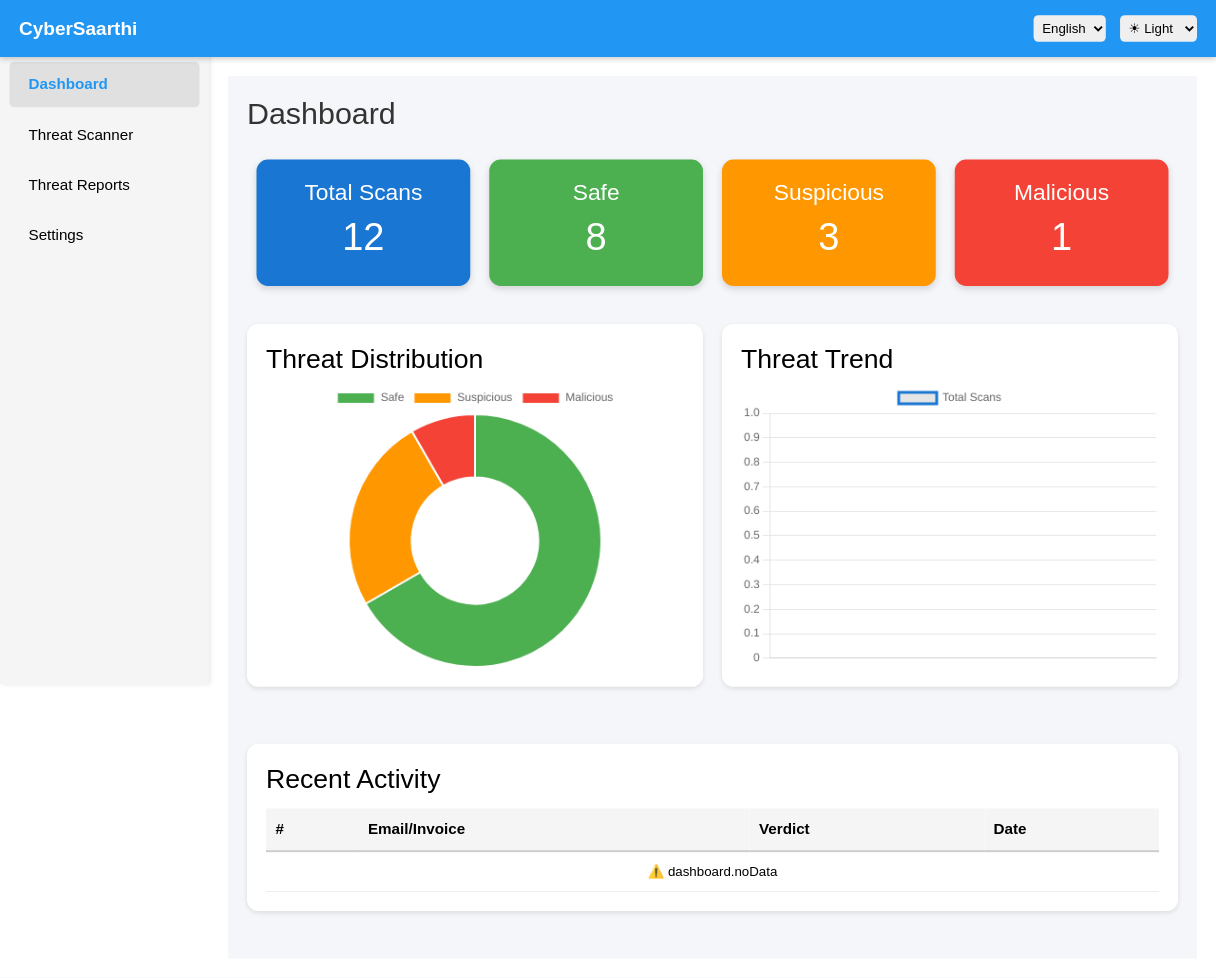
Repository: riyaaaa19/CyberSaarthi
Page: /dashboard (app in frontend/)
An editor plug-in stored every save of this project. The page is shown before and after the next save, followed by the edit.
The browser window is 1280 px wide. The pictures show the whole page, at 95% of full size.
The page's requests for data from a server got no answer. The project was rebuilt for these pictures with package versions that can differ from the ones it lists, and the page was loaded fresh each time. No one was signed in, and anything a server would have sent is missing. Also part of the build but not shown: frontend/vite.config.ts, frontend/src/pages/Scanner.js, frontend/src/pages/Reports.js, frontend/src/pages/Settings.js.

Above is the page before, as saved 2025-09-02 22:40:35.

After the next save:
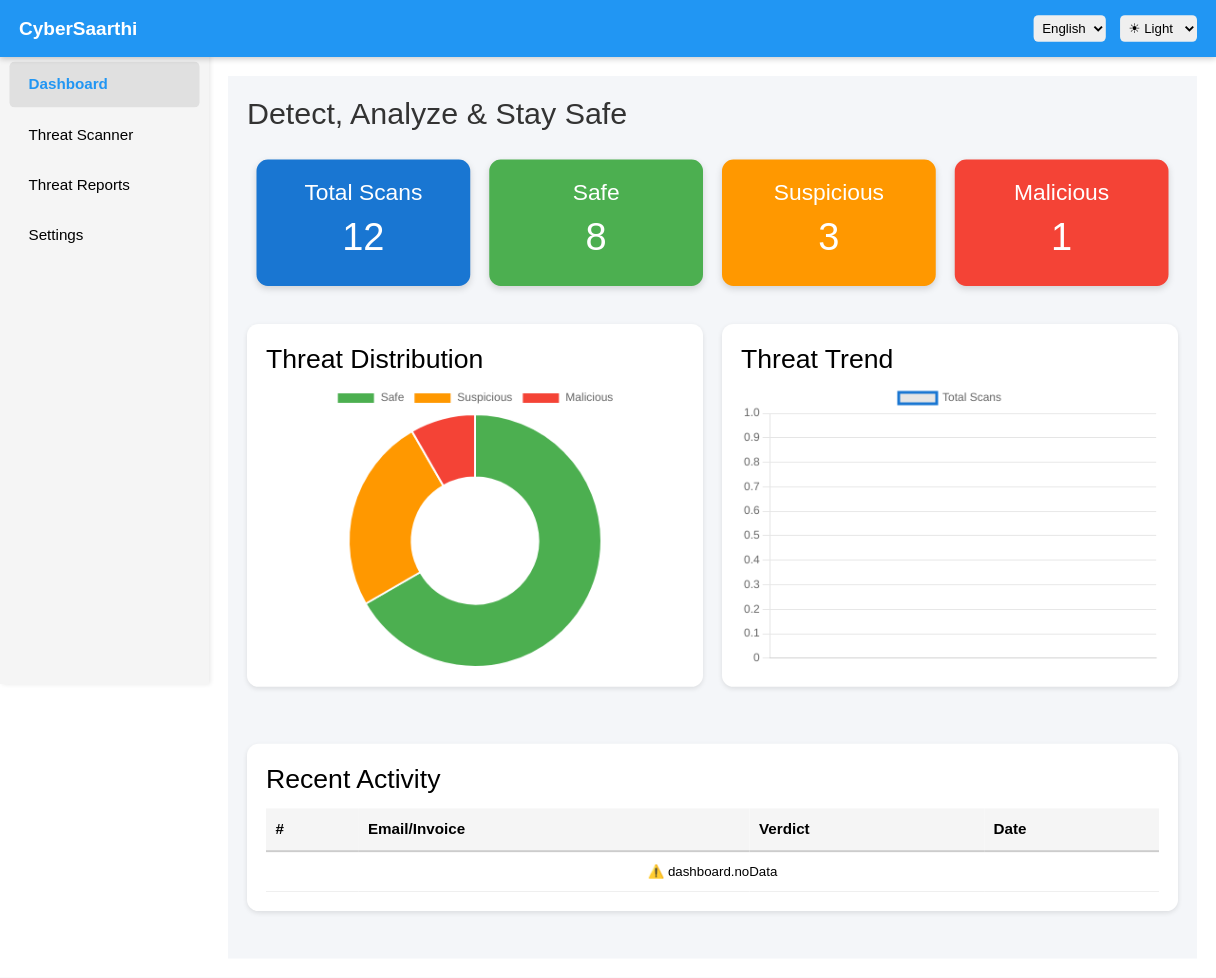
Saved 43 min 21 s later.
--- a/frontend/src/pages/Dashboard.js
+++ b/frontend/src/pages/Dashboard.js
@@ -166,7 +166,7 @@ const verdictMap = {
           color: theme === "dark" ? "#fff" : "#333",
         }}
       >
-        {t("dashboard.title")}
+        Detect, Analyze & Stay Safe
       </h2>
 
       {/* Stat Cards */}
